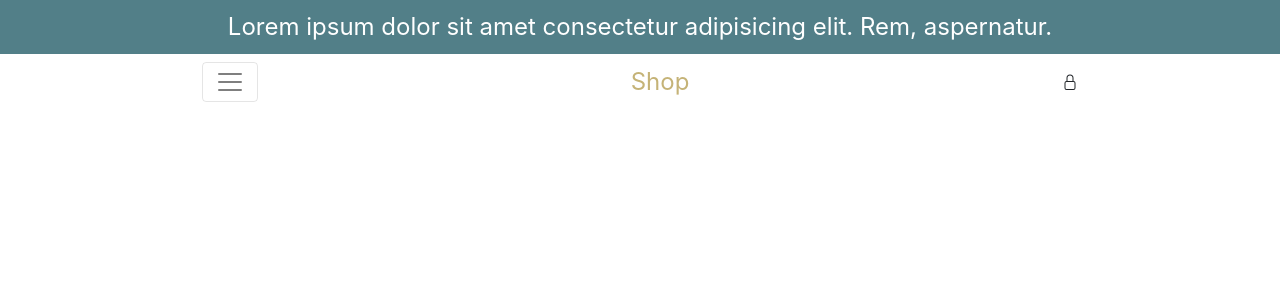
Repository: DaNiels89/frontendassignmentbogbootcamp
Page: index.html
These files come from the project's save history. The page is drawn as it stood at one moment and after the next save; the edit follows.
The browser window is 1280 px wide. The pictures show the whole page.

Above is the page before, as saved 2020-03-19 17:54:12.

After the next save:
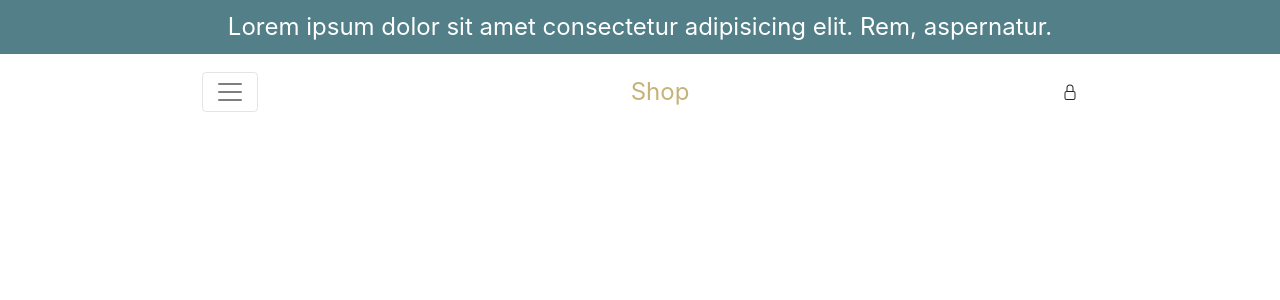
Saved 25 s later.
--- a/css/styles.css
+++ b/css/styles.css
@@ -18,6 +18,7 @@
   width: 100%;
   display: flex;
   justify-content: space-around;
+  margin: 10px 0;
 }
 
 .navbar-div {
